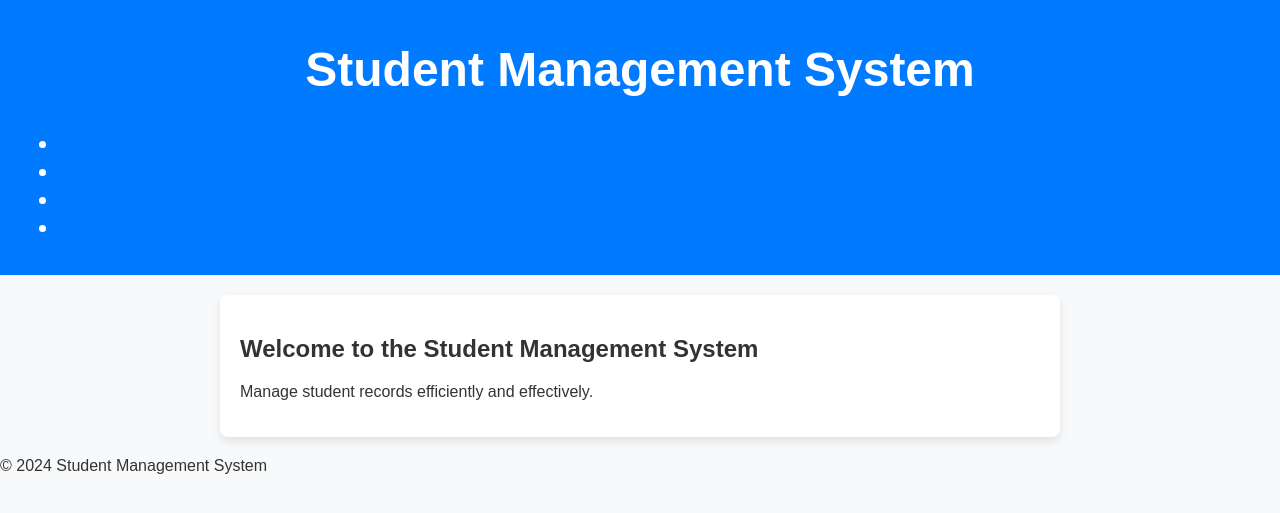
Repository: roohithbala/studentmanagement
Page: demo/src/main/resources/static/index.html
An editor plug-in stored every save of this project. The page is shown before and after the next save, followed by the edit.
The browser window is 1280 px wide. The pictures show the whole page.

Above is the page before, as saved 2024-11-24 19:00:06.

After the next save:
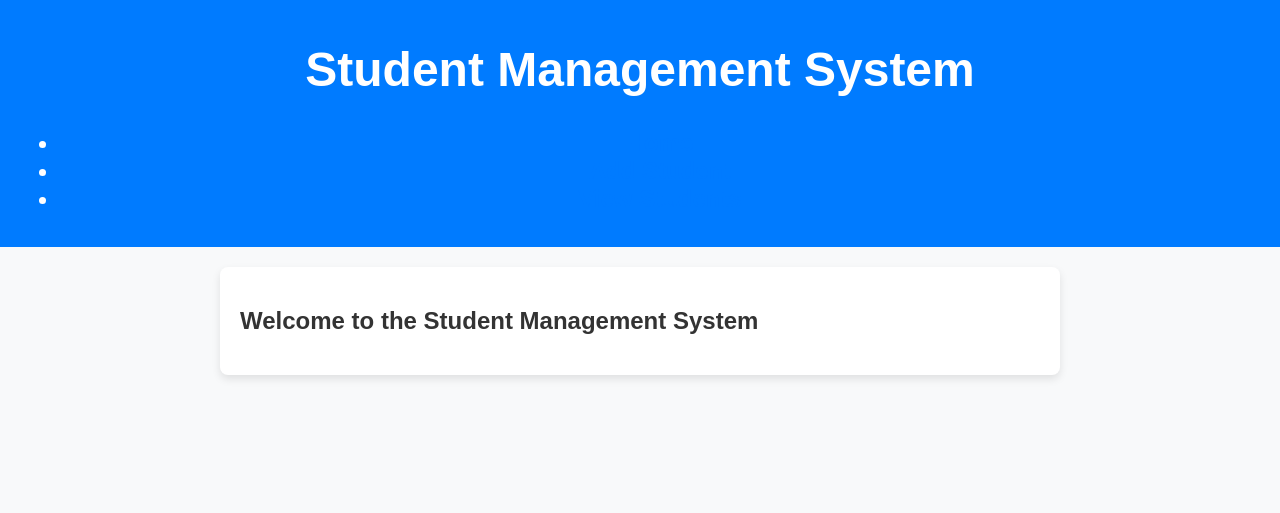
Saved 8 min 16 s later.
--- a/demo/src/main/resources/static/index.html
+++ b/demo/src/main/resources/static/index.html
@@ -3,29 +3,24 @@
 <head>
     <meta charset="UTF-8">
     <meta name="viewport" content="width=device-width, initial-scale=1.0">
-    <title>Student Management</title>
+    <title>Student Management System</title>
     <link rel="stylesheet" href="styles.css">
 </head>
 <body>
     <header>
-        <h1>Student Management System</h1>
-        <nav>
-            <ul>
-                <li><a href="index.html">Home</a></li>
-                <li><a href="add-student.html">Add Student</a></li>
-                <li><a href="view-students.html">View Students</a></li>
-                <li><a href="manage-students.html">Manage Students</a></li>
-            </ul>
-        </nav>
+        <div class="header-container">
+            <h1>Student Management System</h1>
+            <nav>
+                <ul>
+                    <li><a href="index.html">Home</a></li>
+                    <li><a href="add-student.html">Add Student</a></li>
+                    <li><a href="view-students.html">View Students</a></li>
+                </ul>
+            </nav>
+        </div>
     </header>
     <main>
-        <section class="welcome">
-            <h2>Welcome to the Student Management System</h2>
-            <p>Manage student records efficiently and effectively.</p>
-        </section>
+        <h2>Welcome to the Student Management System</h2>
     </main>
-    <footer>
-        <p>&copy; 2024 Student Management System</p>
-    </footer>
 </body>
 </html>
